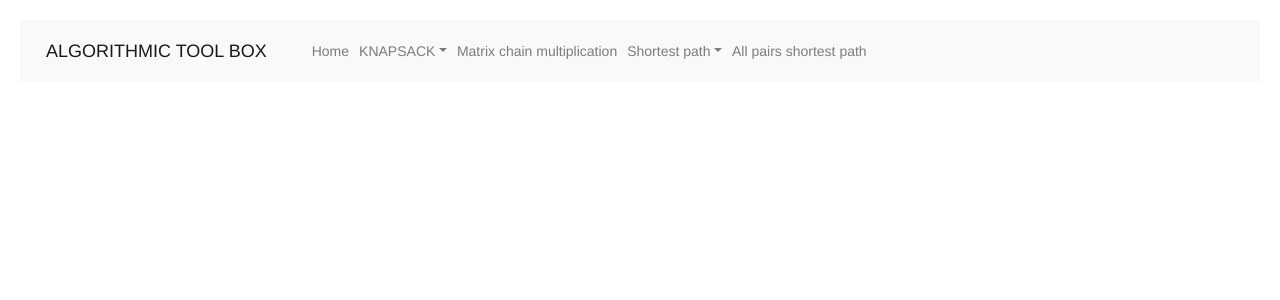
Repository: vinaybabu3962/ALGORITHMIC-TOOLBOX
Page: DAA_WT/webapp/index.html
The author's editor kept a copy of each file at every save. The page is drawn from the files as they stood at one save, then again after the next save.
The browser window is 1280 px wide. The pictures show the whole page.
Some web libraries are served in a nearby version.

Above is the page before, as saved 2021-07-06 14:32:33.

After the next save:
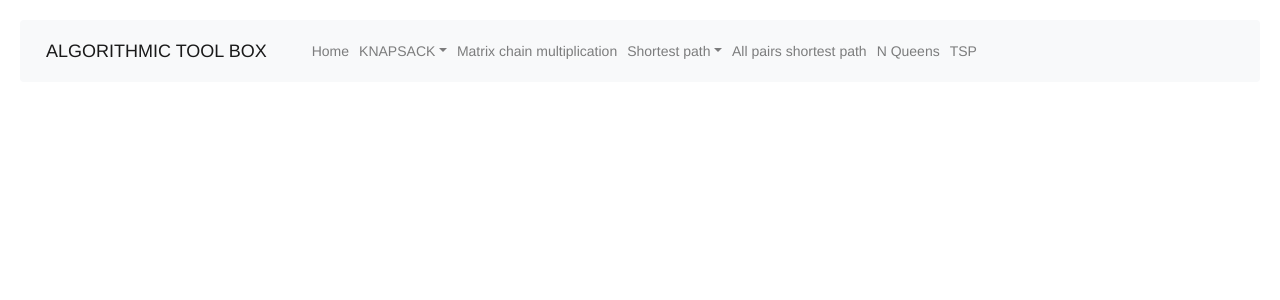
Saved 71 s later.
--- a/DAA_WT/webapp/index.html
+++ b/DAA_WT/webapp/index.html
@@ -53,6 +53,14 @@
 
                   <a href="FloydWarshall.html" class="nav-link">All pairs shortest path</a>
                 </li>
+                <li class="nav-item">
+
+                  <a href="NQueens.html" class="nav-link">N Queens </a>
+                </li>
+                <li class="nav-item">
+
+                  <a href="Tsp.html" class="nav-link">TSP</a>
+                </li>
             </ul>
 
         </div>
